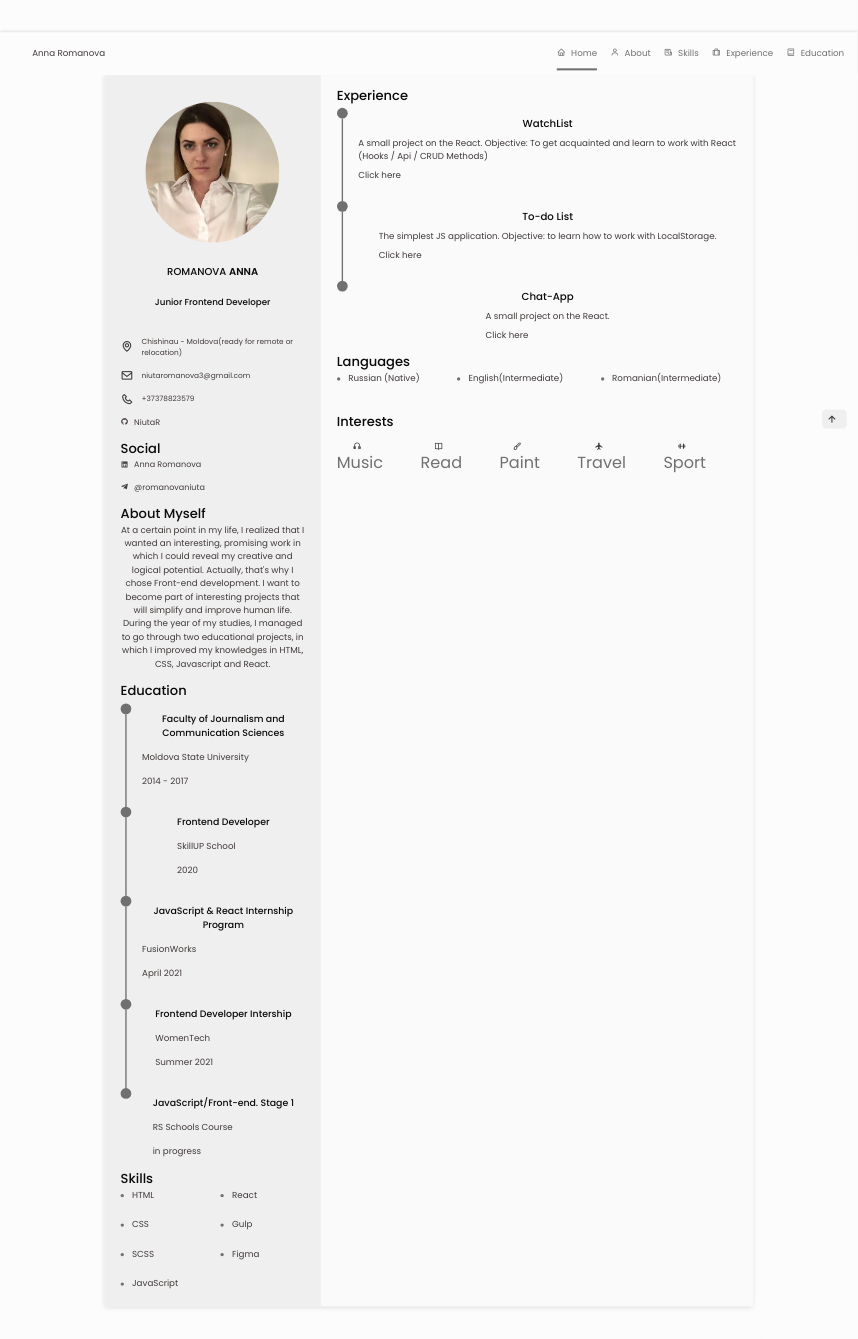
Repository: NiutaR/rsschool-cv
Page: index.html
These files come from the project's save history. The page is drawn as it stood at one moment and after the next save; the edit follows.
The browser window is 1280 px wide. The pictures show the whole page, at 67% of full size.

Above is the page before, as saved 2021-09-19 19:30:50.

After the next save:
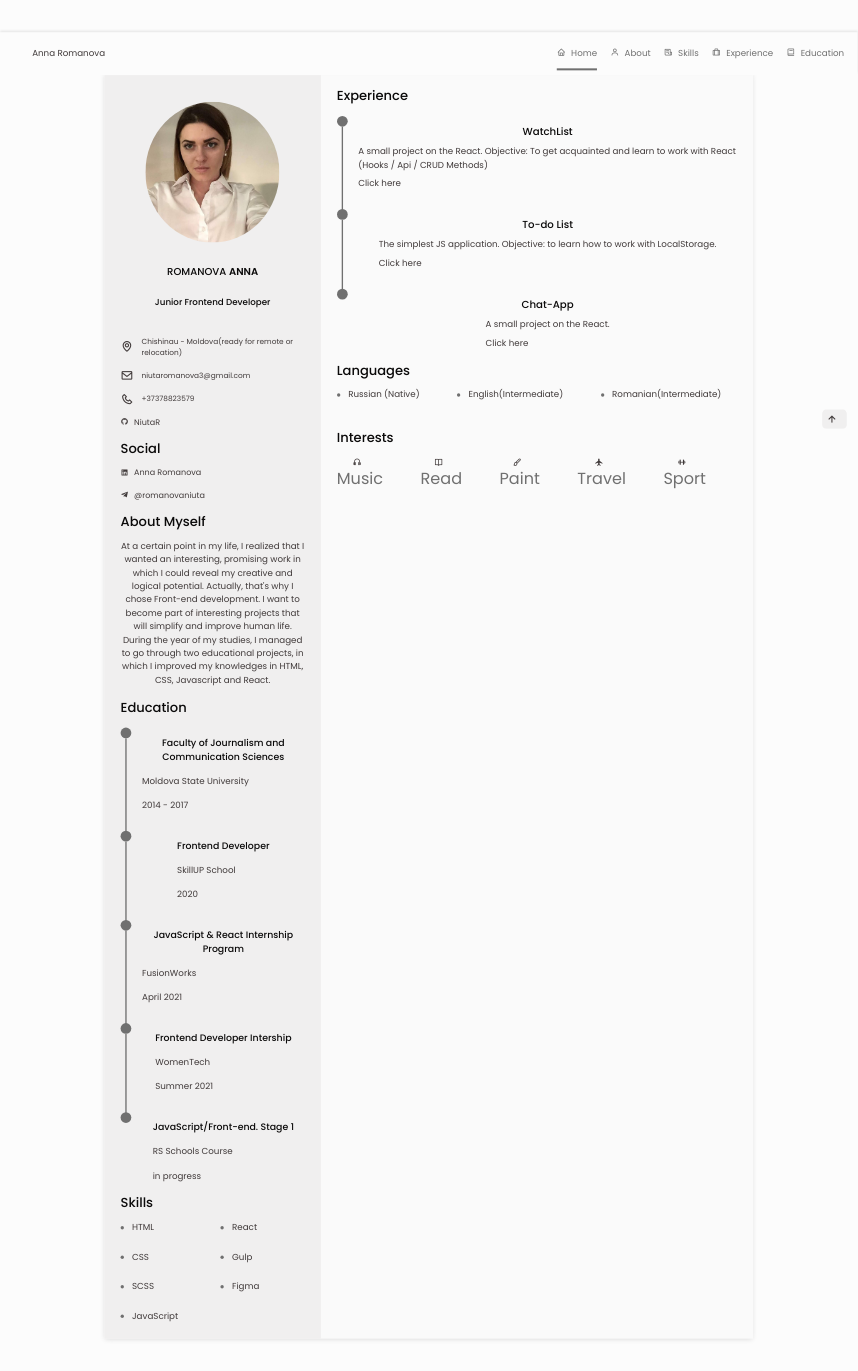
Saved 5 s later.
--- a/src/style.css
+++ b/src/style.css
@@ -60,7 +60,7 @@ body.scale-cv {
     display: none;
 }
 .scale-cv .section-title {
-    mb
+    margin-bottom: 0.75rem;
 }
 body {
     margin: 0 0 var(--header-height) 0;
